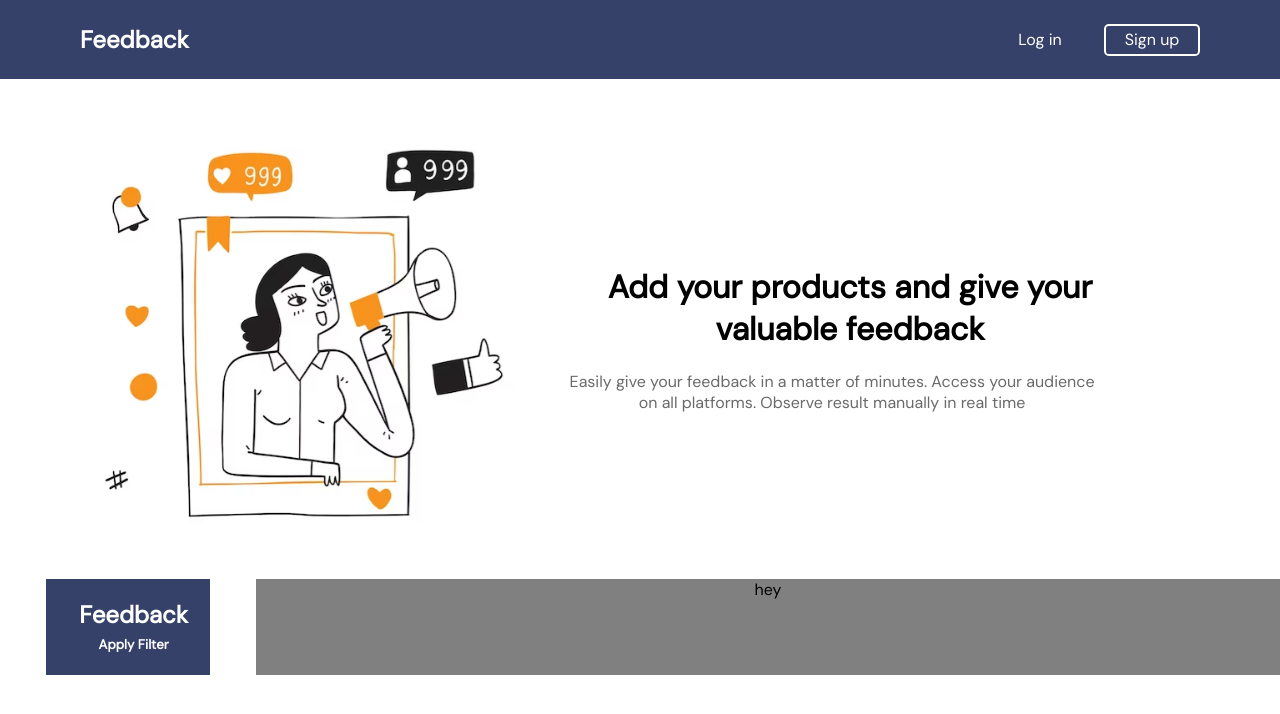
Repository: drumsmanku/final-evaluation-test
Page: / (app in client/)
These files come from the project's save history. The page is drawn as it stood at one moment and after the next save; the edit follows.
The browser window is 1280 px wide. The pictures show the whole page.
The page's requests for data from a server got no answer. The project was rebuilt for these pictures with package versions that can differ from the ones it lists, and the page was loaded fresh each time. No one was signed in, and anything a server would have sent is missing.

Above is the page before, as saved 2023-07-28 13:55:14.

### client/src/App.js
import './App.css';
import { BrowserRouter as Router, Route, Routes} from 'react-router-dom';
import MainPage from './Components/MainPage';
function App() {
  return (
    <div className="App">
      <Router>
        <Routes>
          <Route path='/' element={<MainPage/>}/>


        </Routes>
      </Router>
    </div>
  );
}

export default App;

### client/src/Components/MainPage.js
import React, {useState, useEffect} from 'react';
import '../CSS/MainPage.css';
import profile from'../Assets/profilepic.webp';
import img1 from '../Assets/frontphoto.png';
import axios from 'axios';

function MainPage() {
  const [categorySet, setCategorySet]=useState([])
  const [isLoggedIn, setIsLoggedIn]=useState(false);
  const [products, setProdcts]=useState([])
  useEffect(()=>{
    const User=localStorage.getItem('user');
    if(User){
      setIsLoggedIn(true);
    }

  }, []);
  const handleLogout=()=>{
    localStorage.removeItem('user');
    setIsLoggedIn(false);
  }
  const handleCategoryClick=(event)=>{
    const currentCat=event.target.value;
    if(!categorySet.includes(currentCat)){
      setCategorySet([...categorySet, event.target.value]);
    }
    else{
      setCategorySet(categorySet.filter(cat=>cat!=currentCat))
    }

  }

  useEffect(()=>{
    const category=categorySet
    axios.get(`http://localhost/4000/get-prods/category=${category.join(',')}`)
    .then((res)=>{setProdcts(res.data.products)})
    .catch(err=>console.log(err))

  }, [categorySet])

  return (
    <div className='main-container'>
      <div className="main-top-container">
        <div className='navbar' >
          <div style={{display:'flex',width:'100%', justifyContent:' space-between', alignItems:'center',}}>
          <h3 style={{marginLeft:'5rem', color:'white', fontSize:'1.5rem'}}>Feedback</h3>
          <div style={{display:'flex', marginRight:'5rem'}}>
              {isLoggedIn ? (
                <>
                  <button style={{background:'none', fontSize:'large', border:'none', fontFamily:'DM Sans', color:'white'}} onClick={handleLogout}>Logout</button>
                  <span style={{color:'white', fontFamily:'DM Sans', fontSize:'large', display:'flex', alignItems:'center', marginLeft:'1rem'}}>Hello!</span>
                  <img src={profile} alt="" height={50} width={50} style={{borderRadius:'100%', marginLeft:'1rem'}} />
                </>
              ) : (
                <>
                  <button className='btn-main-page-login' type='submit'  >Log in</button>
                  <button type='submit'  className='btn-main-page-register' >Sign up</button>
                </>
              )}
            </div>
          </div>
        </div>
        <div className="title-desc">
          <img src={img1} alt="" height={500} style={{marginLeft:'3rem'}}/>
          <div style={{display:'flex', flexDirection:'column', marginLeft:'2rem'}}>
              <h1 style={{maxWidth:'80%'}}> Add your products and give your valuable feedback</h1>
              <span style={{maxWidth:'75%', color:'#6A6A6A'}}>Easily give your feedback in a matter of minutes. Access your audience on all platforms. Observe result manually in real time</span>
          </div>
        </div>
      </div>
      <div className="main-bottom-container">
        <div className="bottom-left">
          <article style={{backgroundColor:'#36416A', width:'60%', color:'white', paddingLeft:'0.7rem'}}>
            <h2 style={{marginBottom:'0.4rem'}}>Feedback</h2>
            <h5 style={{marginTop:0}}>Apply Filter</h5>
          </article>
        </div>
        <div className="bottom-right">
          hey
        </div>
      </div>
    </div>
  )
}

export default MainPage

### client/src/CSS/MainPage.css
@import url('https://fonts.googleapis.com/css2?family=DM+Sans&display=swap');

body{
  font-family: 'DM Sans';
}
.main-container{
  height: 100vh;
  width: 100vw;
  display: flex;
  flex-direction: column;

}
.main-top-container{
  width: 100%;
}
.btn-main-page-login{
  height: 2rem;
  width: 6rem;
  font-weight: 500;
  font-size: medium ;
  background: none;
  border: none;
  border-radius: 0.3rem;
  margin-left: 1rem;
  margin-bottom:0;
  color: white;
  font-family: 'DM Sans';
  cursor: pointer;
}
.btn-main-page-register{
  height: 2rem;
  width: 6rem;
  font-size: medium;
  font-weight: 500;
  background-color: #36416A;
  border: 2px solid white;
  border-radius: 0.3rem;
  margin-left: 1rem;
  margin-bottom:0;
  color: white;
  font-family: 'DM Sans';
  cursor: pointer;
}
.navbar{
  width: 100%;
  background-color: #36416A;
}
.title-desc{
  width: 100%;
  display: flex;
  align-items: center;
  justify-content: space-around;

}
.bottom-left{
  width: 20%;
  display: flex;
  flex-direction: column;
  align-items: center;

}
.bottom-right{
  width: 80%;
  background-color: gray;
}
.main-bottom-container{
  width:100%;
  display: flex;
}

Loaded but not shown: client/public/index.html (common file); client/src/index.js (common file); client/src/index.css (common file); client/src/App.css (common file)

After the next save:
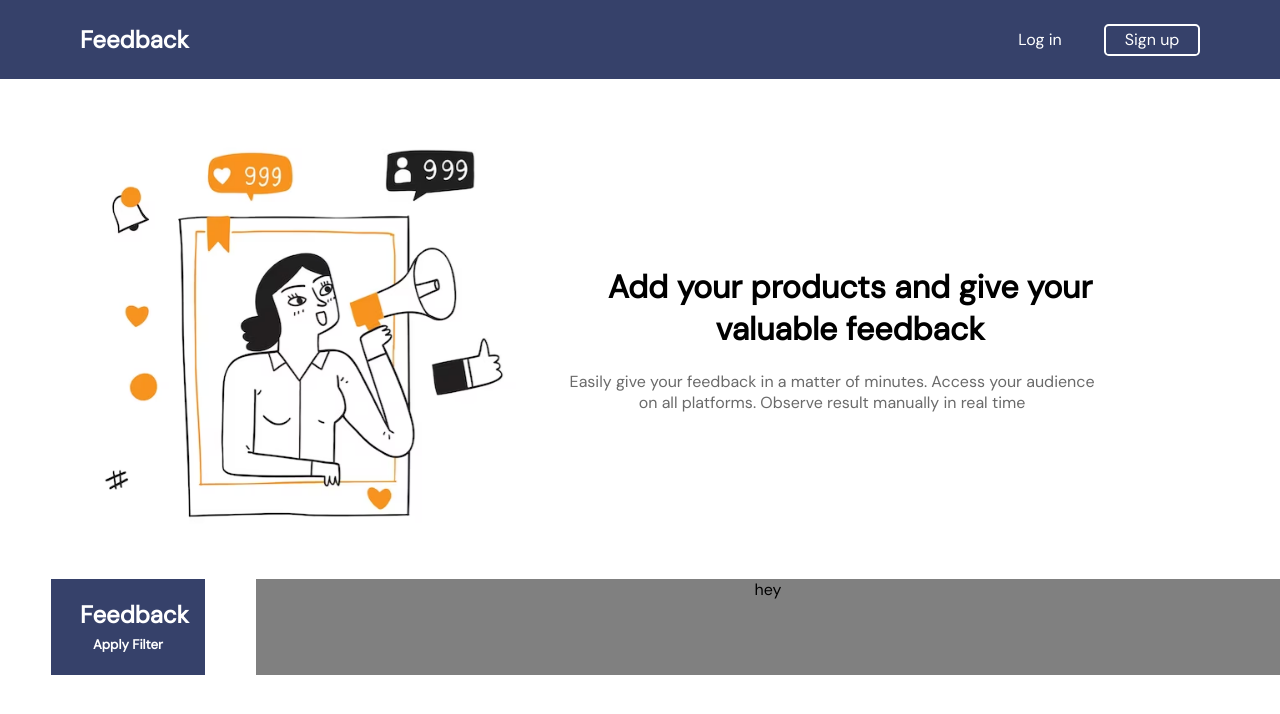
Saved 25 s later.
--- a/client/src/Components/MainPage.js
+++ b/client/src/Components/MainPage.js
@@ -70,8 +70,8 @@ function MainPage() {
       </div>
       <div className="main-bottom-container">
         <div className="bottom-left">
-          <article style={{backgroundColor:'#36416A', width:'60%', color:'white', paddingLeft:'0.7rem'}}>
-            <h2 style={{marginBottom:'0.4rem'}}>Feedback</h2>
+          <article style={{backgroundColor:'#36416A', width:'60%', color:'white',}}>
+            <h2 style={{marginBottom:'0.4rem', marginLeft:'0.8rem'}}>Feedback</h2>
             <h5 style={{marginTop:0}}>Apply Filter</h5>
           </article>
         </div>
